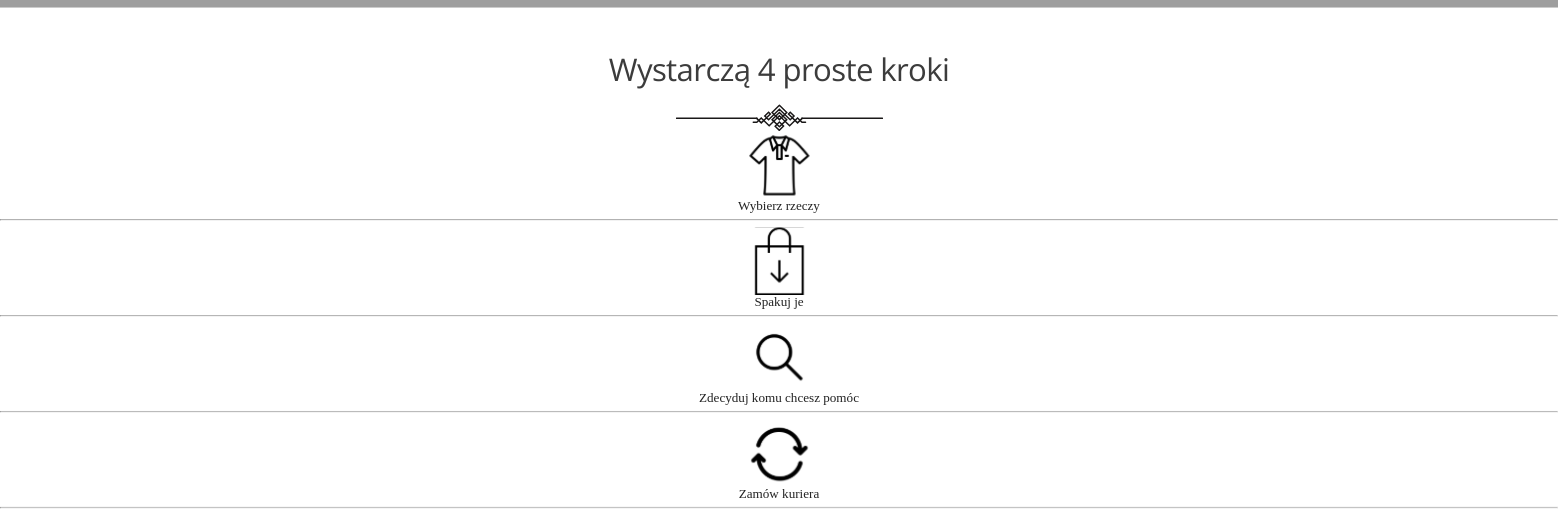
Repository: tomekwoojcik/oddam-w-dobre-rence
Page: /
These files come from the project's save history. The page is drawn as it stood at one moment and after the next save; the edit follows.
The browser window is 1280 px wide. The page is 1900 px wide, so the pictures cover 1900 px, including what lies to the right of the window. The pictures show the part of the page from y = 1338 to 1982 px (the page is 1966 px tall before and 1982 px after), at 82% of full size.
Pictures or frames that could not be fetched are drawn as grey boxes. The project was rebuilt for these pictures with package versions that can differ from the ones it lists, and the page was loaded fresh each time. Also part of the build but not shown: src/pages/logIn/logIn.js, src/pages/register/register.js.

Above is the page before, as saved 2022-12-07 20:31:27.

After the next save:
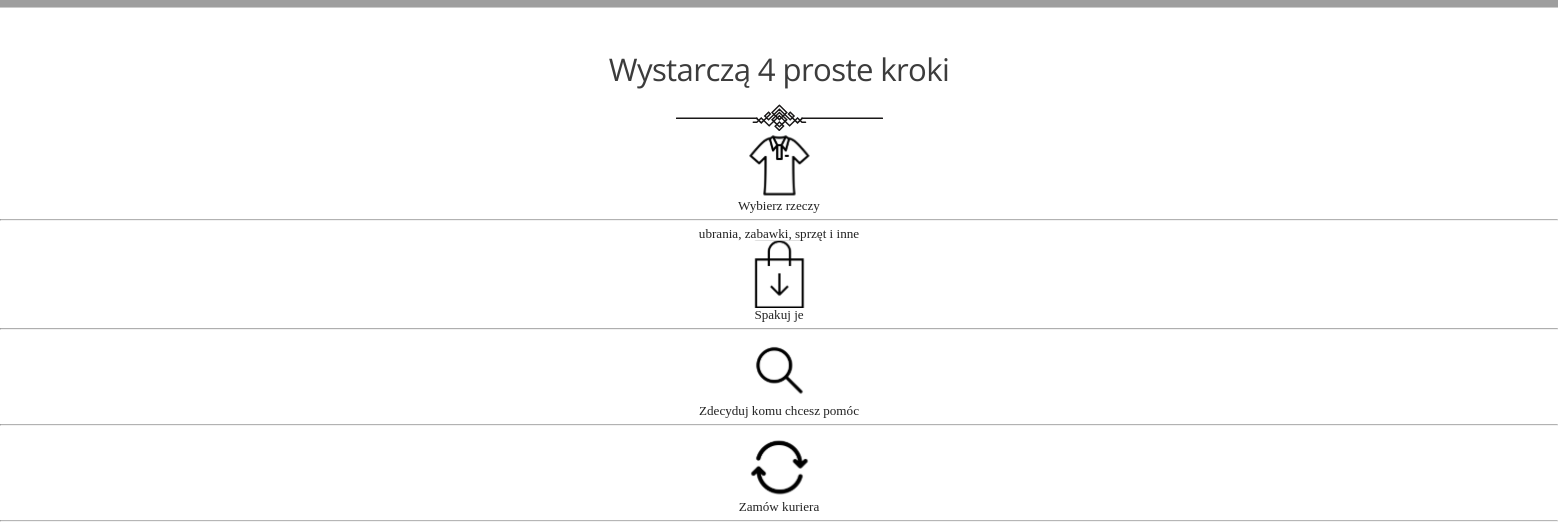
Saved 10 s later.
--- a/src/components/molecules/simpleStepsBar/simpleStepsBar.js
+++ b/src/components/molecules/simpleStepsBar/simpleStepsBar.js
@@ -8,7 +8,7 @@ import IconFou from '../../../assets/Icon-4.svg'
 const SimpleStepsBar = () => {
   return (
         <div className='simpleStepsBar'>
-            <SimpleStepsColumn source={IconOne} simpleStepsColumnTitle={'Wybierz rzeczy'} simpleStepsColumnText={''} />
+          <SimpleStepsColumn source={IconOne} simpleStepsColumnTitle={'Wybierz rzeczy'} simpleStepsColumnText={'ubrania, zabawki, sprzęt i inne'} />
           <SimpleStepsColumn source={IconSec} simpleStepsColumnTitle={'Spakuj je'} simpleStepsColumnText={''} />
           <SimpleStepsColumn source={IconThr} simpleStepsColumnTitle={'Zdecyduj komu chcesz pomóc'} simpleStepsColumnText={''} />
           <SimpleStepsColumn source={IconFou} simpleStepsColumnTitle={'Zamów kuriera'} simpleStepsColumnText={''} />
